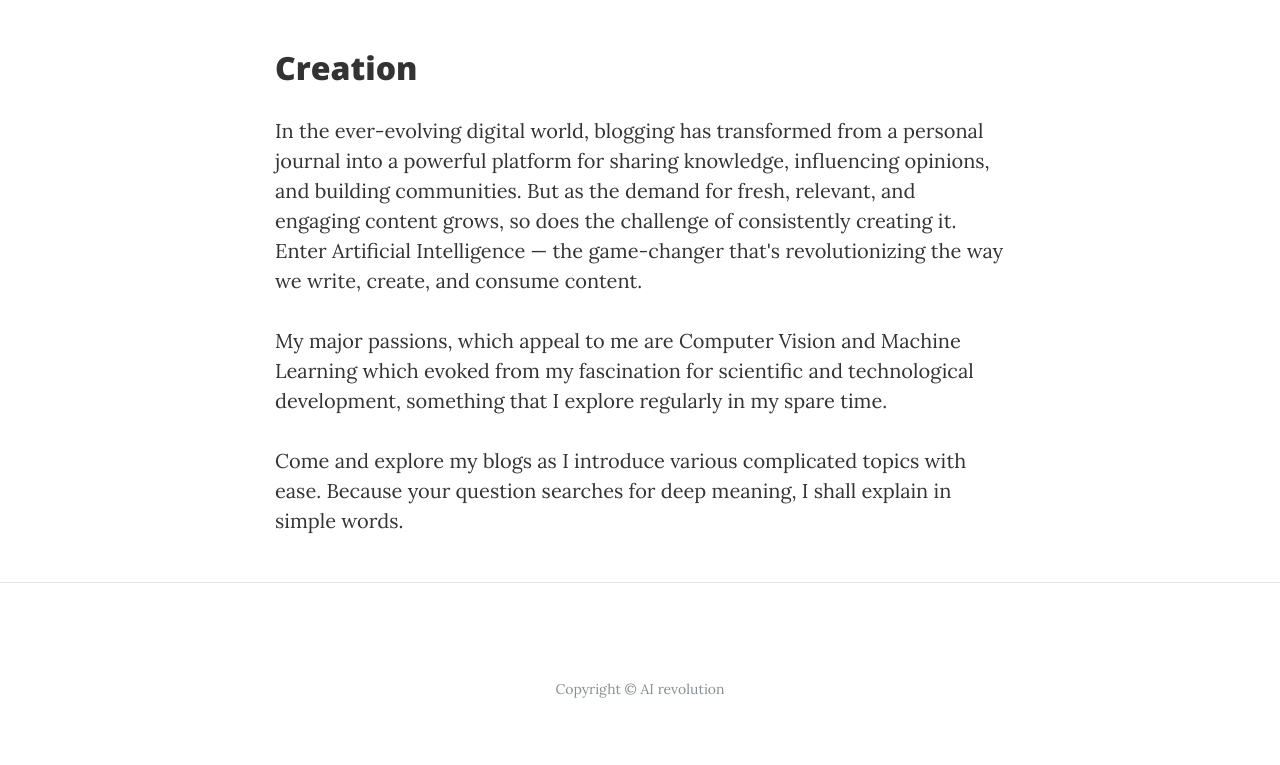
Repository: wahibkhannn/WriteWise-AI_blogging
Page: http://localhost/about
An editor plug-in stored every save of this project. The page is shown before and after the next save, followed by the edit.
The browser window is 1280 px wide. The pictures show the part of the page from y = 524 to 1354 px (the page is 1289 px tall before and 1354 px after).
Some web fonts or font styles are not loaded; a fallback is used. The page is served by the project's application, run on Flask 3 (app.py).

Above is the page before, as saved 2025-07-01 14:00:45.

### templates/about.html
<!DOCTYPE html>
<html lang="en">

  <head>

    <meta charset="utf-8">
    <meta name="viewport" content="width=device-width, initial-scale=1, shrink-to-fit=no">
    <meta name="description" content="">
    <meta name="author" content="">

    <title>Blog Speaks</title>

    <link href="{{ url_for('static', filename='bootstrap.min.css') }}" rel="stylesheet">
    <link href="{{ url_for('static', filename='font-awesome.min.css') }}" rel="stylesheet" type="text/css">
    <link href='https://fonts.googleapis.com/css?family=Lora:400,700,400italic,700italic' rel='stylesheet' type='text/css'>
    <link href='https://fonts.googleapis.com/css?family=Open+Sans:300italic,400italic,600italic,700italic,800italic,400,300,600,700,800' rel='stylesheet' type='text/css'>
    <link href="{{ url_for('static', filename='blog.min.css') }}" rel="stylesheet">

  </head>

  <body>

    <!-- Navigation -->
    <nav class="navbar navbar-expand-lg navbar-light fixed-top" id="mainNav">
      <div class="container">
        <a class="navbar-brand" href="{{ url_for('index') }}">Blog Speaks</a>
        <button class="navbar-toggler navbar-toggler-right" type="button" data-toggle="collapse" data-target="#navbarResponsive" aria-controls="navbarResponsive" aria-expanded="false" aria-label="Toggle navigation">
          Menu
          <i class="fa fa-bars"></i>
        </button>
        <div class="collapse navbar-collapse" id="navbarResponsive">
          <ul class="navbar-nav ml-auto">
            <li class="nav-item">
              <a class="nav-link" href="{{ url_for('index') }}">Home</a>
            </li>
            <li class="nav-item">
              <a class="nav-link" href="{{ url_for('about') }}">About Me</a>
            </li>
            <li class="nav-item">
              <a class="nav-link" href="{{ url_for('add') }}">Add</a>
            </li>
            <li class="nav-item">
              <a class="nav-link" href="{{ url_for('delete') }}">Delete</a>
            </li>
          </ul>
        </div>
      </div>
    </nav>

    <!-- Page Header -->
    <header class="masthead" style="background-image: url('{{ url_for('static', filename='about_me.jpg') }}')">
      <div class="container">
        <div class="row">
          <div class="col-lg-8 col-md-10 mx-auto">
            <div class="page-heading">
              <h1>AI revolution</h1>
              <span class="subheading">Revolutionizing WriteWise AI: The Future of Content Creation</span>
            </div>
          </div>
        </div>
      </div>
    </header>

    <!-- Main Content -->
    <div class="container">
      <div class="row">
        <div class="col-lg-8 col-md-10 mx-auto">
          <h2>Creation</h2>
          <p>In the ever-evolving digital world, blogging has transformed from a personal journal into a powerful platform for sharing knowledge, influencing opinions, and building communities. But as the demand for fresh, relevant, and engaging content grows, so does the challenge of consistently creating it. Enter Artificial Intelligence — the game-changer that's revolutionizing the way we write, create, and consume content.</p>
          <h2></h2>
          <p>My major passions, which appeal to me are Computer Vision and Machine Learning which evoked from my fascination for scientific and technological development, something that I explore regularly in my spare time.</p>
          <p>Come and explore my blogs as I introduce various complicated topics with ease. Because your question searches for deep meaning, I shall explain in simple words.</p>
        </div>
      </div>
    </div>

    <hr>

    <!-- Footer -->
    <footer>
      <div class="container">
        <div class="row">
          <div class="col-lg-8 col-md-10 mx-auto">
            <p class="copyright text-muted">Copyright &copy; AI revolution</p>
          </div>
        </div>
      </div>
    </footer>

    <script src="{{ url_for('static', filename='jquery.min.js') }}"></script>
    <script src="{{ url_for('static', filename='popper.min.js') }}"></script>
    <script src="{{ url_for('static', filename='bootstrap.min.js') }}"></script>
    <script src="{{ url_for('static', filename='blog.min.js') }}"></script>

  </body>

</html>

### app.py
from flask import Flask, render_template, request, redirect, url_for
from flask_sqlalchemy import SQLAlchemy
from datetime import datetime

app = Flask(__name__)

app.config['SQLALCHEMY_DATABASE_URI'] = 'sqlite:///F:/STUDY/Projects/18BLC1131_DA1/blog_speaks/blog.db'

db = SQLAlchemy(app)

class Blogpost(db.Model):
    id = db.Column(db.Integer, primary_key=True)
    title = db.Column(db.String(50))
    subtitle = db.Column(db.String(50))
    author = db.Column(db.String(20))
    date_posted = db.Column(db.DateTime)
    content = db.Column(db.Text)

@app.route('/')
def index():
    posts = Blogpost.query.order_by(Blogpost.date_posted.desc()).all()
    return render_template('index.html', posts=posts)

@app.route('/about')
def about():
    return render_template('about.html')

@app.route('/post/<int:post_id>')
def post(post_id):
    post = Blogpost.query.filter_by(id=post_id).one()
    return render_template('post.html', post=post)

@app.route('/add')
def add():
    return render_template('add.html')

@app.route('/delete')
def delete():
    posts = Blogpost.query.order_by(Blogpost.date_posted.desc()).all()
    return render_template('delete.html', posts=posts)

@app.route('/addpost', methods=['POST'])
def addpost():
    title = request.form['title']
    subtitle = request.form['subtitle']
    author = request.form['author']
    content = request.form['content']

    post = Blogpost(title=title, subtitle=subtitle, author=author, content=content, date_posted=datetime.now())

    db.session.add(post)
    db.session.commit()

    return redirect(url_for('index'))

@app.route('/deletepost', methods=['DELETE','POST'])
def deletepost():
    post_id = request.form.get("post_id")

    post = Blogpost.query.filter_by(id=post_id).first()

    db.session.delete(post)
    db.session.commit()

    return redirect(url_for('index'))

if __name__ == '__main__':
    app.run(debug=True)

### static/blog.min.js
!function(i){"use strict";i("body").on("input propertychange",".floating-label-form-group",function(o){i(this).toggleClass("floating-label-form-group-with-value",!!i(o.target).val())}).on("focus",".floating-label-form-group",function(){i(this).addClass("floating-label-form-group-with-focus")}).on("blur",".floating-label-form-group",function(){i(this).removeClass("floating-label-form-group-with-focus")});if(i(window).width()>1170){var o=i("#mainNav").height();i(window).on("scroll",{previousTop:0},function(){var s=i(window).scrollTop();s<this.previousTop?s>0&&i("#mainNav").hasClass("is-fixed")?i("#mainNav").addClass("is-visible"):i("#mainNav").removeClass("is-visible is-fixed"):s>this.previousTop&&(i("#mainNav").removeClass("is-visible"),s>o&&!i("#mainNav").hasClass("is-fixed")&&i("#mainNav").addClass("is-fixed")),this.previousTop=s})}}(jQuery);

Loaded but not shown: static/bootstrap.min.css (library); static/font-awesome.min.css (library); static/blog.min.css (library); static/jquery.min.js (library); static/popper.min.js (library); static/bootstrap.min.js (library)

After the next save:
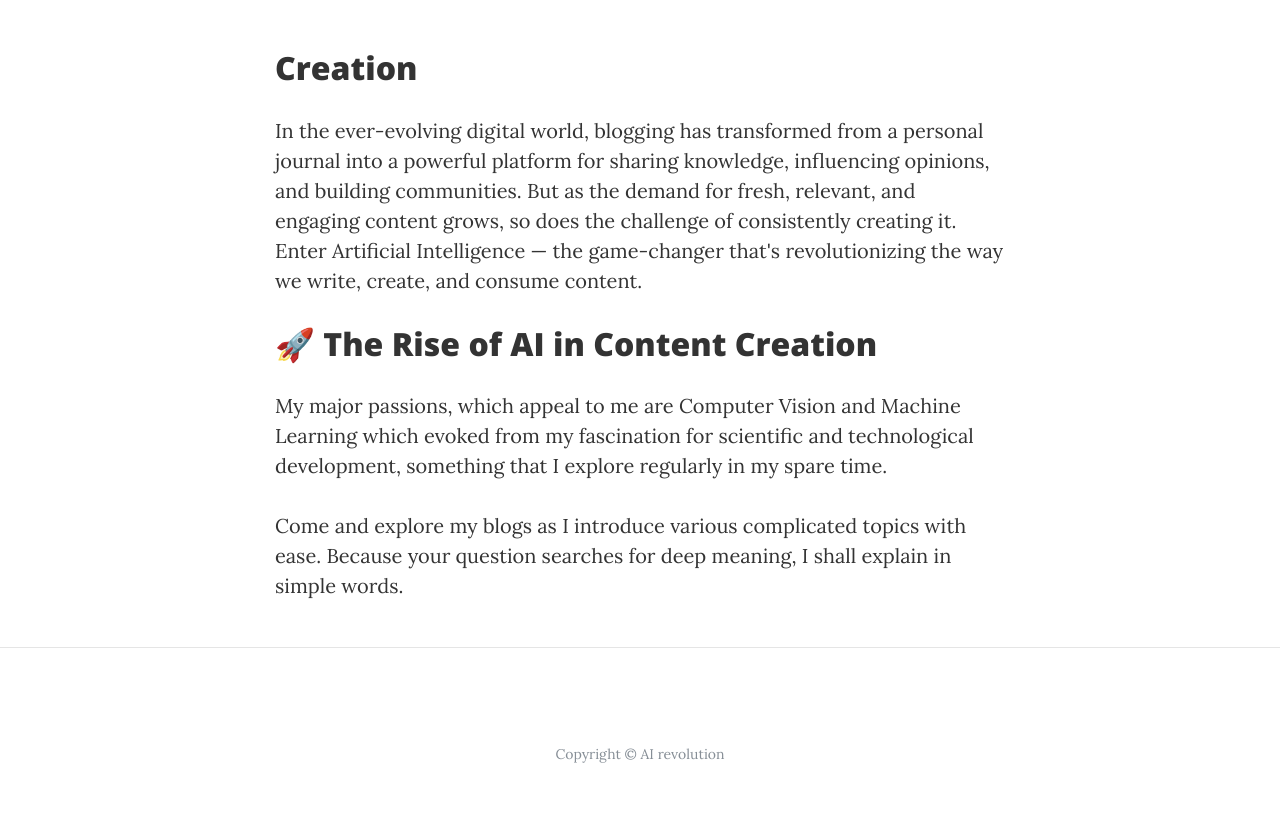
Saved 12 s later.
--- a/templates/about.html
+++ b/templates/about.html
@@ -67,7 +67,7 @@
         <div class="col-lg-8 col-md-10 mx-auto">
           <h2>Creation</h2>
           <p>In the ever-evolving digital world, blogging has transformed from a personal journal into a powerful platform for sharing knowledge, influencing opinions, and building communities. But as the demand for fresh, relevant, and engaging content grows, so does the challenge of consistently creating it. Enter Artificial Intelligence — the game-changer that's revolutionizing the way we write, create, and consume content.</p>
-          <h2></h2>
+          <h2>🚀 The Rise of AI in Content Creation</h2>
           <p>My major passions, which appeal to me are Computer Vision and Machine Learning which evoked from my fascination for scientific and technological development, something that I explore regularly in my spare time.</p>
           <p>Come and explore my blogs as I introduce various complicated topics with ease. Because your question searches for deep meaning, I shall explain in simple words.</p>
         </div>
